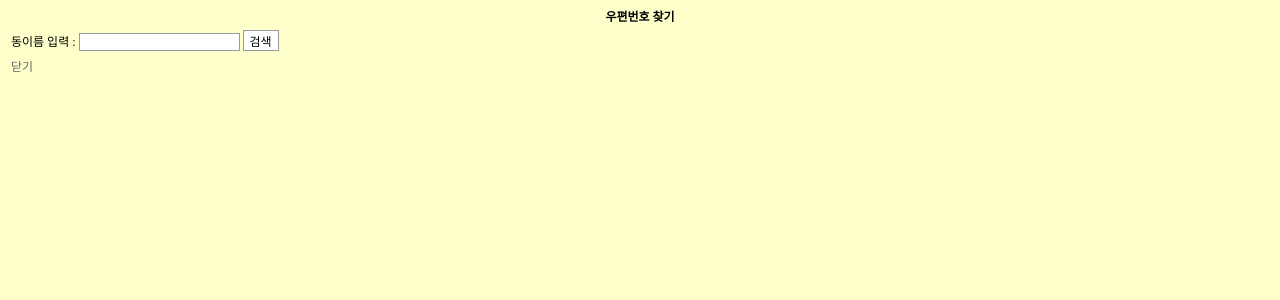
Repository: JIYEON25/model
Page: http://localhost/myWeb/memberone/zipCheck.jsp
The author's editor kept a copy of each file at every save. The page is drawn from the files as they stood at one save, then again after the next save.
The browser window is 1280 px wide. The pictures show the whole page.
The page is served by Tomcat 9.

Above is the page before, as saved 2023-09-15 06:51:23.
Console error (its wording comes from the project's code and is left out).

After the next save:
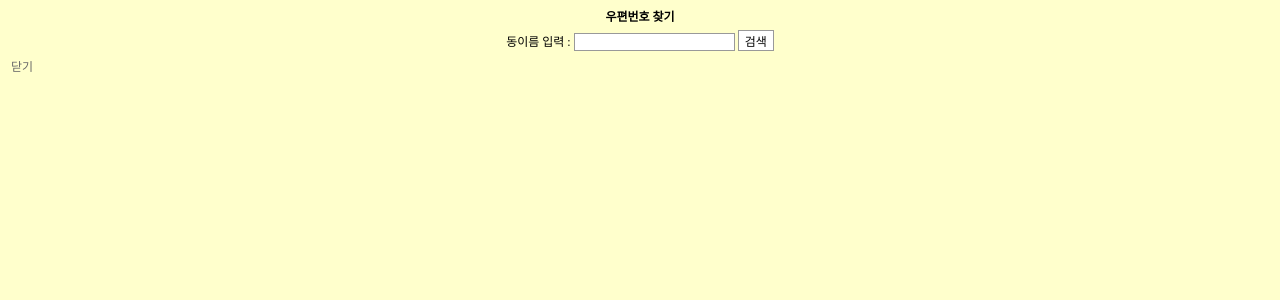
Saved 8 min 18 s later.
--- a/model1/myJSP/myWeb/src/main/webapp/memberone/zipCheck.jsp
+++ b/model1/myJSP/myWeb/src/main/webapp/memberone/zipCheck.jsp
@@ -14,7 +14,7 @@
 	<div style="text-align: center;">
 		<b>우편번호 찾기</b>
 		<form name="zipForm" method="post" action="zipCheck.jsp">
-		<table>
+		<table style="margin-left: auto; margin-right:auto;">
 			<tr>
 				<td>동이름 입력 : <input name="dong" type="text">
 				<input type="button" value="검색" onClick="#"></td>
